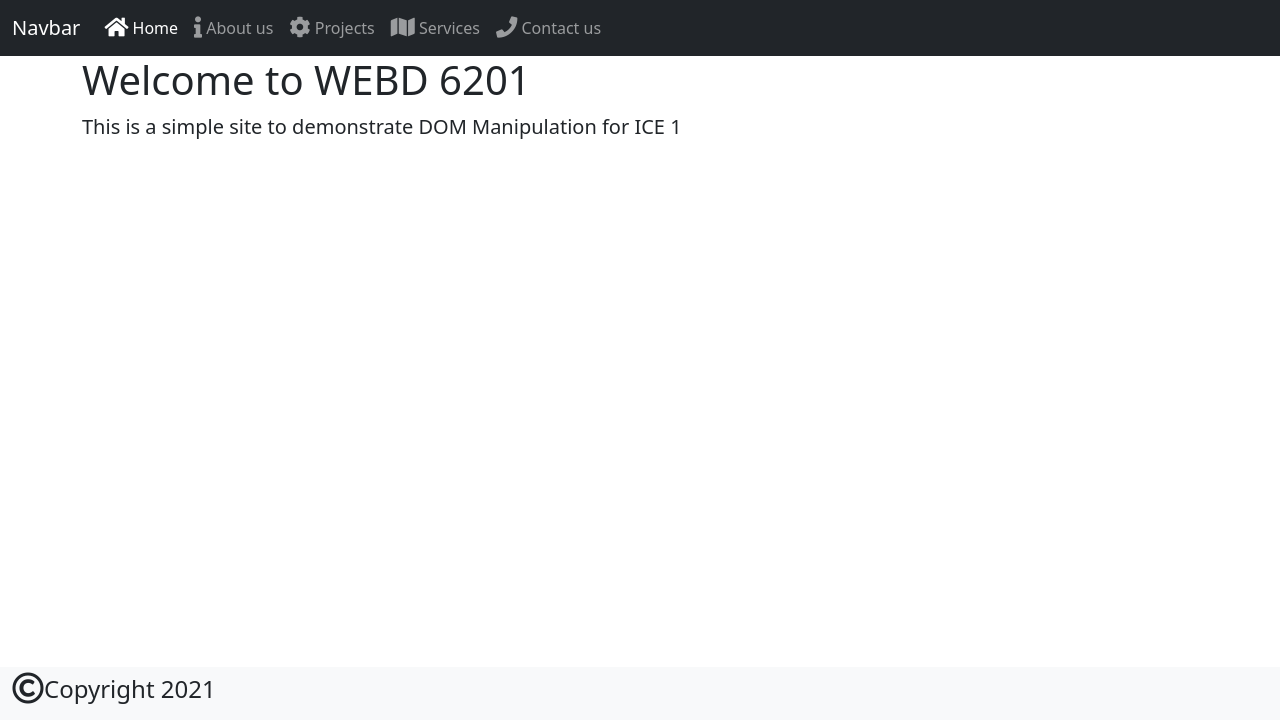
Repository: Hasib001/WEBD6201---W2021---ICE-1
Page: index.html
These files come from the project's save history. The page is drawn as it stood at one moment and after the next save; the edit follows.
The browser window is 1280 px wide. The pictures show the whole page.

Above is the page before, as saved 2021-01-22 23:00:22.

After the next save:
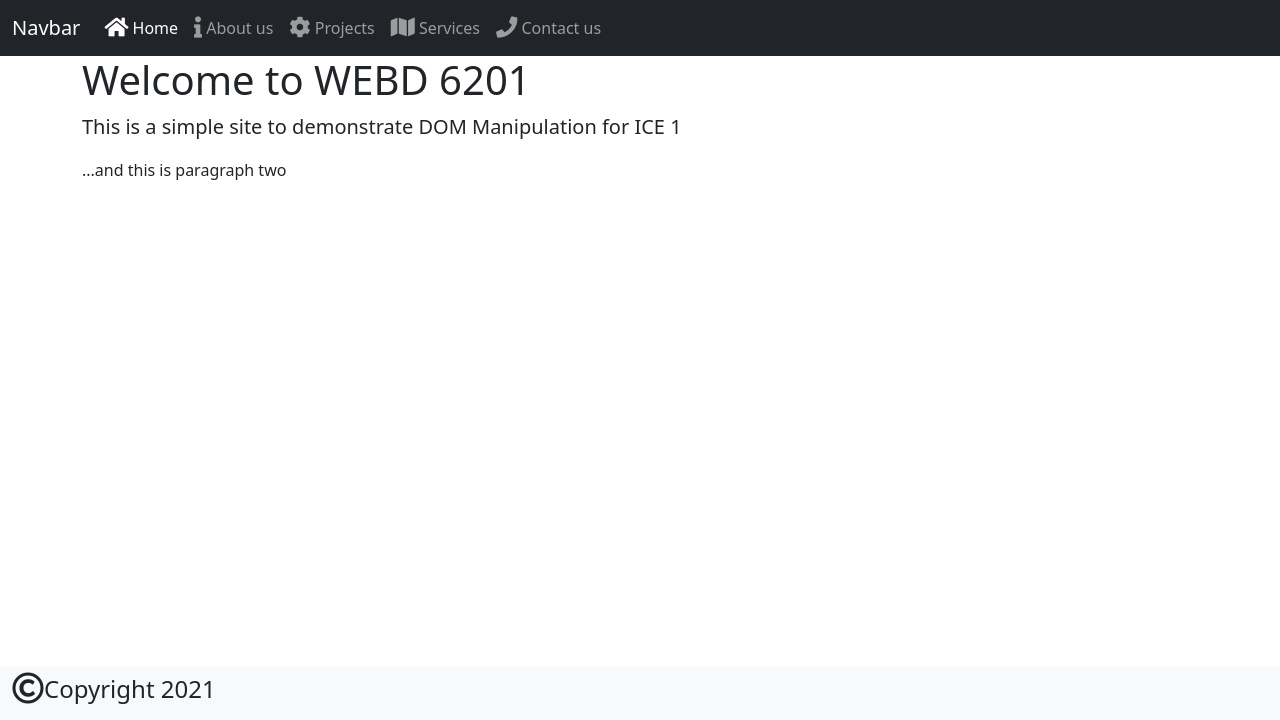
Saved 9 min 44 s later.
--- a/Scripts/app.js
+++ b/Scripts/app.js
@@ -16,8 +16,22 @@
         let paragraphOneElement=document.getElementById("paragraphOne");
 
         paragraphOneElement.textContent=paragraphOneText;
+        paragraphOneElement.className="fs-5";
 
-        paragraphOneElement.className="fs-5";
+        //step 1. document.create element
+        let newParagraph = document.createElement("p");
+        //step 2. configure element
+        newParagraph.setAttribute("id","paragraphTwo");
+        newParagraph.textContent="...and this is paragraph two";
+
+        //step 3. select the parent element
+        let mainContent = document.getElementsByTagName("main")[0];
+
+        //step 4. Add/Insert the element
+        mainContent.appendChild(newParagraph);
+
+
+
 
 
     }
